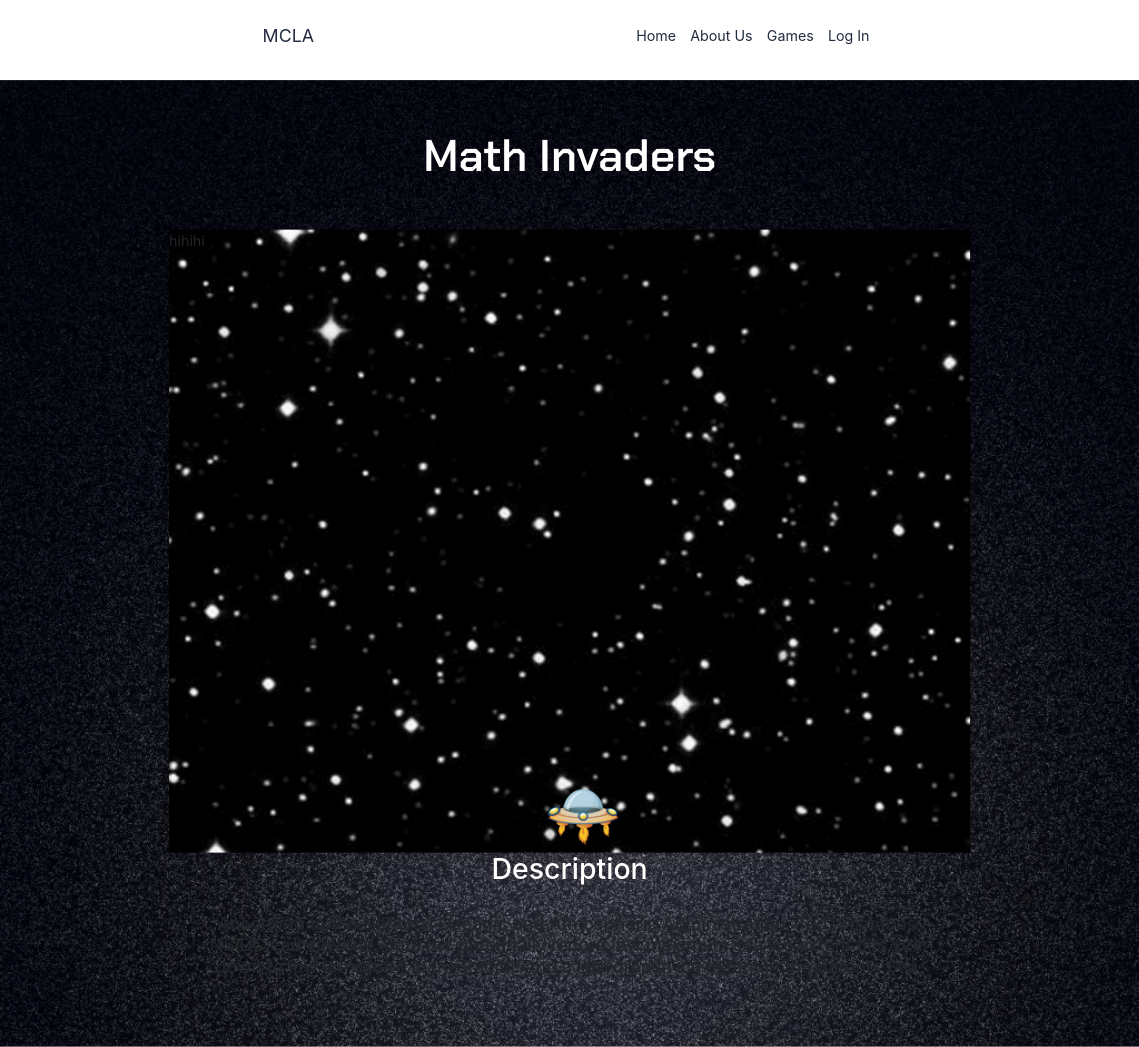
Repository: kkyler24/MathInvader
Page: index.html
An editor plug-in stored every save of this project. The page is shown before and after the next save, followed by the edit.
The browser window is 1280 px wide. The pictures show the whole page, at 89% of full size.
Some web libraries are served in a nearby version.

Above is the page before, as saved 2020-07-19 23:41:36.

### index.html
<!DOCTYPE html>
<html lang="en">
  <head>
    <!-- Required meta tags -->
    <meta charset="utf-8" />
    <meta
      name="viewport"
      content="width=device-width, initial-scale=1, shrink-to-fit=no"
    />

    <!-- Bootstrap CSS -->
    <link
      rel="stylesheet"
      href="https://maxcdn.bootstrapcdn.com/bootstrap/4.0.0/css/bootstrap.min.css"
      integrity="sha384-Gn5384xqQ1aoWXA+058RXPxPg6fy4IWvTNh0E263XmFcJlSAwiGgFAW/dAiS6JXm"
      crossorigin="anonymous"
    />

    <link
      href="https://fonts.googleapis.com/css2?family=Chakra+Petch:wght@600&display=swap"
      rel="stylesheet"
    />
    <link href="./jsFolder/index.css" rel="stylesheet" />

    <title>Math Invaders</title>
  </head>
  <!-- Navbar -->
  <body class="burger-menu">
    <div id="mainBody">
      <nav
        id="marginb"
        class="navbar navbar-expand-lg fixed-top navbar-transparent"
      >
        <div class="container">
          <a class="navbar-brand" href="#">MCLA</a>
          <div class="separator separator-primary"></div>
          <button
            class="navbar-toggler"
            type="button"
            data-toggle="collapse"
            data-target="#navbarNav"
            aria-controls="navbarNav"
            aria-expanded="false"
            aria-label="Toggle navigation"
          >
            <span class="navbar-toggler-icon"></span>
          </button>
          <div class="collapse navbar-collapse" id="navbarNav">
            <ul class="navbar-nav">
              <li class="nav-item active">
                <a class="nav-link" href="#"
                  >Home <span class="sr-only">(current)</span></a
                >
              </li>
              <li class="nav-item">
                <a class="nav-link" href="#">About Us</a>
              </li>
              <li class="nav-item">
                <a class="nav-link" href="#">Games</a>
              </li>
              <li class="nav-item">
                <a class="nav-link" href="#">Log In</a>
              </li>
            </ul>
          </div>
        </div>
      </nav>
      <div id="wrapper">


      </div>
      <div id="backgroundSection" class="section section-about-us">
        <div class="content-center">
            <div class="containerM">
              <h1 id="titleG" class="title">Math Invaders</h1>
            </div>
          </div>
        <div class="containerM">
          <div class="section-story-overview">

            <div class="separator separator-primary"></div>
            <div class="game-wrapper">
<div id="Game" class="Game"> hihihi</div>
<div class="congratulations">
    <h1>Congratulations!</h1>
    <h2>You won the game</h2>
    <button class="btn" onclick="window.location.reload()">Restart</button>
              </div>
              <div class="game-over">
                <h1>GAME OVER</h1>
                <h2>You lost the game</h2>
                <button class="btn" onclick="window.location.reload()">Restart</button>
          </div>
                    </div>
                    <div class="separator separator-primary"></div>
                    <div class="row">
                        <div class="col-md-8 ml-auto mr-auto text-center">
                            <h2 class="title gameT">Description</h2>
                            <h5 class="description">According to the National Oceanic and Atmospheric Administration, Ted, Scambos, NSIDClead scentist, puts the potentially record low maximum sea ice extent tihs year down to low ice extent in the Pacific and a late drop in ice extent in the Barents Sea.</h5>
                        </div>
                    </div>
                </div>
            </div>
        </div>
    </div>
    </div>
</div>
    <!-- Optional JavaScript -->
    <!-- jQuery first, then Popper.js, then Bootstrap JS -->
    <script
      src="https://code.jquery.com/jquery-3.2.1.slim.min.js"
      integrity="sha384-KJ3o2DKtIkvYIK3UENzmM7KCkRr/rE9/Qpg6aAZGJwFDMVNA/GpGFF93hXpG5KkN"
      crossorigin="anonymous"
    ></script>
    <script
      src="https://cdnjs.cloudflare.com/ajax/libs/popper.js/1.12.9/umd/popper.min.js"
      integrity="sha384-ApNbgh9B+Y1QKtv3Rn7W3mgPxhU9K/ScQsAP7hUibX39j7fakFPskvXusvfa0b4Q"
      crossorigin="anonymous"
    ></script>
    <script
      src="https://maxcdn.bootstrapcdn.com/bootstrap/4.0.0/js/bootstrap.min.js"
      integrity="sha384-JZR6Spejh4U02d8jOt6vLEHfe/JQGiRRSQQxSfFWpi1MquVdAyjUar5+76PVCmYl"
      crossorigin="anonymous"
    ></script>


    <script src="./jsFolder/Aliens.js"></script>
    <script src="./jsFolder/tokens.js"></script>
    <script src="./jsFolder/game.js"></script>
  </body>
</html>

### jsFolder/index.css
html,
body {
  height: 100%;
  margin: 0;
  font-size: 16px;
  columns: #222b3f;
}
/*  navbar*/

.navbar.navbar-transparent {
  background-color: transparent !important;
  box-shadow: none;
  color: #fff;
  padding-top: 20px !important;
}

.fixed-top {
  position: fixed;
  top: 0;
  right: 0;
  left: 0;
  z-index: 1030;
}
#navbarNav {
  justify-content: flex-end;
}

#marginb {
  margin-bottom: 20px !important;
}
.navbar {
  position: relative;
  display: flex;
  flex-wrap: wrap;
  align-items: center;
  justify-content: space-between;
  padding: 0.5rem 1rem;
  padding-top: 0.625rem;
  padding-bottom: 0.625rem;
  min-height: 53px;
}

a {
  color: #222b3f;
  text-decoration: none;
  background-color: transparent;
}

.containerM {
  width: 100%;
  padding-right: 15px;
  padding-left: 15px;
  margin-right: auto;
  margin-left: auto;
}

.button-dropdown {
  padding-right: 0.7rem;
  cursor: pointer;
}

.navbar.navbar-transparent {
  background-color: transparent !important;
  color: #fff;
}

.dropdown {
  position: relative;
}

.navbar > .container {
  display: flex;
  flex-wrap: wrap;
  align-items: center;
  justify-content: space-between;
}

.gameT {
  color: #fff;
}
#titleG {
  font-family: "Chakra Petch", sans-serif;
  font-size: 50px;
  font-weight: 700;
  padding-top: 30px;
}
/*  container */

.page-header.page-header-small {
  min-height: 60vh;
  max-height: 440px;
}

.page-header {
  padding: 0;
  color: #fff;
  position: relative;
  overflow: hidden;
}

.page-header .page-header-image {
  position: absolute;
  background-size: cover;
  background-position: 50%;
  width: 100%;
  height: 100%;
  z-index: -1;
}

.navbar-toggler:not(:disabled):not(.disabled) {
  cursor: pointer;
}

.content-center {
  position: relative;
  top: 50%;
  left: 50%;
  z-index: 2;
  transform: translate(-50%, -50%);
  text-align: center;
  color: #fff;
  padding: 0 15px;
  width: 100%;
  max-width: 880px;
}

.text-center {
  text-align: center !important;
}

.page-header .container {
  height: 100%;
  z-index: 1;
  text-align: center;
  position: relative;
}

.section {
  padding: 70px 0;
  position: relative;
  background: #fff;
}

.row {
  display: flex;
  flex-wrap: wrap;
  margin-right: -15px;
  margin-left: -15px;
}

.ml-auto,
.mx-auto {
  margin-left: auto !important;
}
.mr-auto,
.mx-auto {
  margin-right: auto !important;
}

.col-md-8 {
  position: relative;
  width: 100%;
  padding-right: 15px;
  padding-left: 15px;
}
h2 {
  margin-bottom: 30px;
  line-height: 1.2;
}

#backgroundSection {
  background-image: url("./pictures/MathApics/spaceship/blackmatte.jpg");
  background-repeat: no-repeat;
  background-size: cover;
  width: 100%;
  height: auto;
}

/* Game */

#Game {
  width: 900px;
  height: 700px;
  background: url("/jsFolder/pictures/MathApics/spaceship/blackskybackground.jpg");
  animation: scroll-background 5s linear infinite;
  box-shadow: 0 2px 10px rgba(0, 0, 0, 0.2);
  position: relative;
}

.wrap {
  display: flex;
  flex-direction: column;
  height: 100%;
}

.game-wrapper {
  flex: 1;
  display: flex;
  justify-content: center;
  align-items: center;
  /* background: #2; */
}

.game .enemy {
  position: absolute;
  margin-left: -20px;
  margin-top: -18px;
  width: 40px;
}

.player {
  position: absolute;
  margin-left: -20px;
  width: 90px;
  height: 90px;
  z-index: 3;
}

.game {
  position: absolute;
  margin-left: -20px;
  width: 40px;
  height: 40px;
}

.game .laser {
  position: absolute;
  margin-left: -2.5px;
  height: 30px;
}

.game .enemy-laser {
  position: absolute;
  margin-left: -2.5px;
  height: 30px;
}

.congratulations {
  display: none;
  position: absolute;
  background: #c7a526;
  color: white;
  padding: 20px 50px;
  box-shadow: 0 2px 10px rgba(0, 0, 0, 0.2);
  border-radius: 10px;
  text-align: center;
  animation: pop-in 1s;
}

.game-over {
  display: none;
  position: absolute;
  background: #6b1818;
  color: white;
  padding: 20px 50px;
  box-shadow: 0 2px 10px rgba(0, 0, 0, 0.2);
  border-radius: 10px;
  text-align: center;
  animation: pop-in 1s;
}

@keyframes scroll-background {
  from {
    background-position-y: 0px;
  }
  to {
    background-position-y: 300px;
  }
}

@keyframes pop-in {
  0% {
    opacity: 0;
    transform: translate(0, -100px);
  }
  10% {
    opacity: 1;
  }
  50% {
    transform: translate(0, 30px);
  }
  100% {
    transform: translate(0, 0);
  }
}

/* media Queries */

@media (min-width: 768px) {
  .col-md-8 {
    flex: 0 0 66.666667%;
    max-width: 66.666667%;
  }
}
@media (min-width: 768px) {
  .container {
    max-width: 720px;
  }
}

@media (min-width: 992px) {
  .navbar-expand-lg .navbar-toggler {
    display: none;
  }
}

@media (max-width: 991.98px) {
  .navbar-expand-lg > .container {
    padding-right: 0;
    padding-left: 0;
  }
}

@media (min-width: 768px) {
  .container {
    max-width: 720px;
  }
}

@media screen and (max-width: 991px) {
  .button-dropdown {
    display: none;
  }
}

@media (min-width: 992px) {
  .navbar-expand-lg .navbar-toggler {
    display: none;
  }
}

@media screen and (max-width: 991px) {
  .sidebar-collapse .wrapper {
    transition: all 0.5s cubic-bezier(0.685, 0.0473, 0.346, 1);
  }
}

### jsFolder/game.js
const GAME_WIDTH = 800;
const GAME_HEIGHT = 700;

const KEY_CODE_LEFT = 37;
const KEY_CODE_RIGHT = 39;
const KEY_CODE_SPACE = 32;

const PLAYER_WIDTH = 100;

// contains entire state of game which included position of player, lasers and enemies on screen.
const GAME_STATE = {
  // setting the keys pressed to false
  leftPressed: false,
  rightPressed: false,
  spacePressed: false,
  // players
  playerX: 0,
  playerY: 0,
};

// positioning for our enemies
function setPosition($el, x, y) {
  $el.style.transform = `translate(${x}px, ${y}px)`;
}

function clamp(v, min, max) {
  if (v < min) {
    return min;
  } else if (v > max) {
    return max;
  } else {
    return v;
  }
}

function createPlayer($container) {
  // position of player in middle of screen you can reference the global var of gamewidth like you did below, for future refrence. this will keep the palyer on the game board.
  GAME_STATE.playerX = GAME_WIDTH / 2;
  GAME_STATE.playerY = GAME_HEIGHT - 85;
  const $player = document.createElement("img");
  $player.src = "/jsFolder/pictures/MathApics/spaceship/spaceship3.png";
  $player.style = "height:90px, width: 90px";
  $player.className = "player";
  $container.appendChild($player);
  setPosition($player, GAME_STATE.playerX, GAME_STATE.playerY);
}

function updatePlayer() {
  if (GAME_STATE.leftPressed) {
    GAME_STATE.playerX -= 5;
  }
  if (GAME_STATE.rightPressed) {
    GAME_STATE.playerX += 5;
  }

  GAME_STATE.playerX = clamp(
    GAME_STATE.playerX,
    PLAYER_WIDTH,
    GAME_WIDTH - PLAYER_WIDTH
  );

  const $player = document.querySelector(".player");
  setPosition($player, GAME_STATE.playerX, GAME_STATE.playerY);
}

// initializes players and function of the game
function init() {
  const $container = document.querySelector(".Game");
  createPlayer($container);
}

// game loop runs every frame all the time and makes sure everything runs smoothly makes sure that all elements that have to move actually move it.
function update(e) {
  updatePlayer();
  window.requestAnimationFrame(update);
}

function onKeyDown(e) {
  if (e.keyCode === KEY_CODE_LEFT) {
    GAME_STATE.leftPressed = true;
  } else if (e.keyCode === KEY_CODE_RIGHT) {
    GAME_STATE.rightPressed = true;
  } else if (e.keyCode === KEY_CODE_SPACE) {
    GAME_STATE.spacePressed = true;
  }
}

function onKeyUp(e) {
  if (e.keyCode === KEY_CODE_LEFT) {
    GAME_STATE.leftPressed = false;
  } else if (e.keyCode === KEY_CODE_RIGHT) {
    GAME_STATE.rightPressed = false;
  } else if (e.keyCode === KEY_CODE_SPACE) {
    GAME_STATE.spacePressed = false;
  }
}

// function onKeyDown(e) {
//   console.log(e);
// }

init();
window.addEventListener("keydown", onKeyDown);
window.addEventListener("keyup", onKeyUp);
window.requestAnimationFrame(update);

Loaded but not shown: jsFolder/Aliens.js (empty); jsFolder/tokens.js (empty)

After the next save:
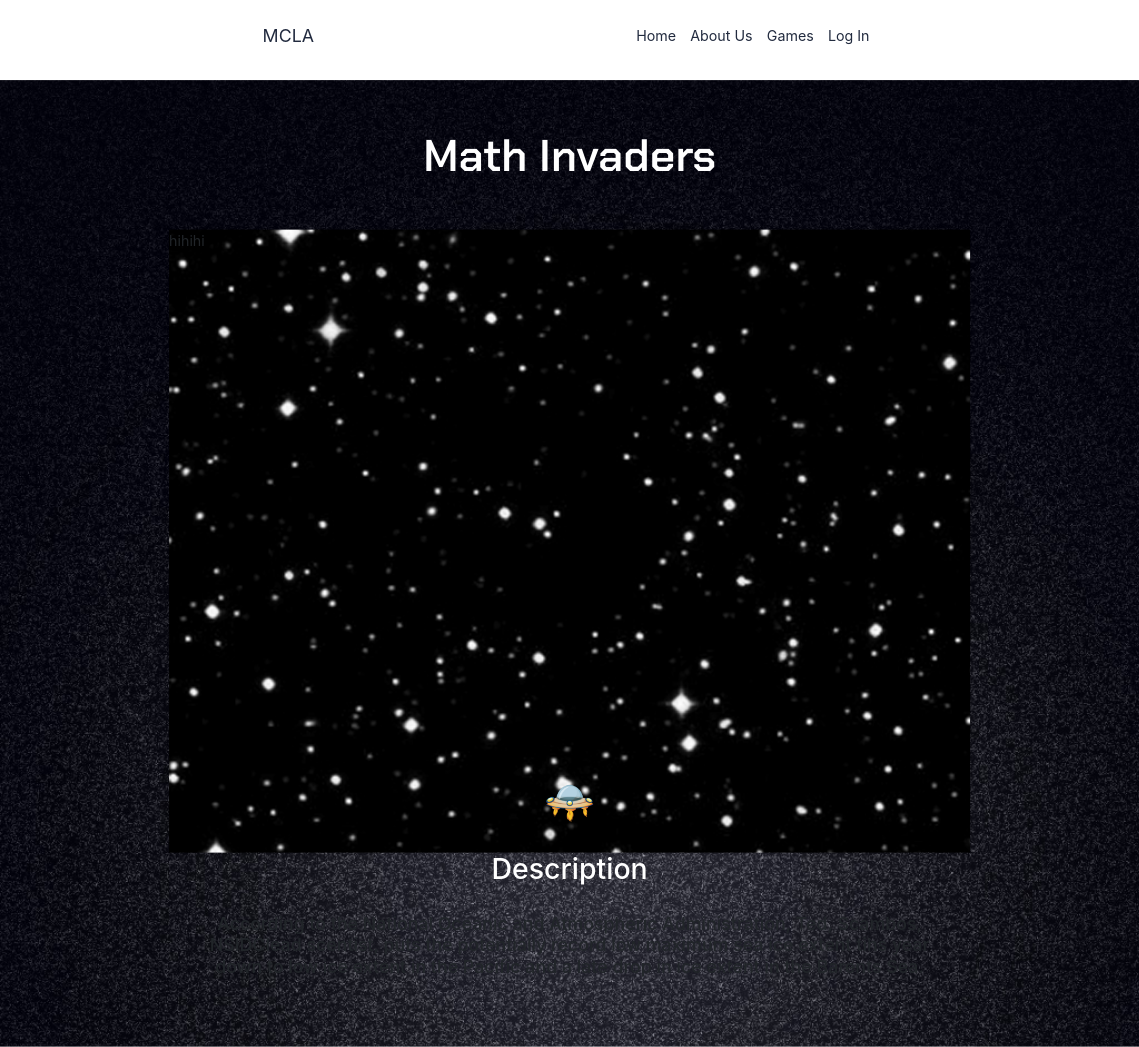
Saved 19 s later.
--- a/jsFolder/index.css
+++ b/jsFolder/index.css
@@ -211,8 +211,8 @@ h2 {
 .player {
   position: absolute;
   margin-left: -20px;
-  width: 90px;
-  height: 90px;
+  width: 60px;
+  height: 60px;
   z-index: 3;
 }
 
